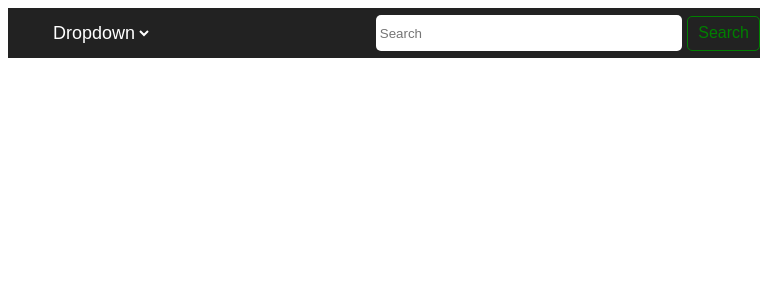
Repository: CryptoFamilyNFT/develhope
Page: css/navbar/navbar.html
The author's editor kept a copy of each file at every save. The page is drawn from the files as they stood at one save, then again after the next save.
The browser window is 768 px wide. The pictures show the whole page.

Above is the page before, as saved 2024-11-18 10:40:53.

### css/navbar/navbar.html
<!DOCTYPE html>
<html lang="en">

<head>
    <meta charset="UTF-8">
    <meta name="viewport" content="width=device-width, initial-scale=1.0">
    <title>Esercizio Navbar</title>
    <link rel="stylesheet" href="navbar.css">
</head>

<body>
    <header>
        <nav>
            <div class="GridBar">
                <div class="LogoText">
                    <button class="LogoButton">
                        Navbar
                    </button>
                </div>
                <div class="BarSideLeft">
                    <ul>
                        <li>
                            <button class="NavButton">
                                Home
                            </button>
                        </li>
                        <li>
                            <button class="NavButton">
                                Navbar
                            </button>
                        </li>
                        <li>
                            <select>
                                <option value="Dropdown">
                                    <div class="text">Dropdown</div>
                                </option>
                                <hr />
                                <option value="FAQ">FAQ</option>
                                <option value="T&C">T&C</option>
                            </select>
                        </li>
                        <li>
                            <button disabled class="NavButtonDisabled">
                                Disabled
                            </button>
                        </li>
                    </ul>
                </div>
                <div class="RightSideBar">
                    <input placeholder="Search">
                    <button class="buttonSearch">
                        Search
                    </button>
                </div>
            </div>
        </nav>
    </header>
    <main>
        <!-- Contento main -->
    </main>
    <footer>
        <!-- Contento footer -->
    </footer>
</body>

</html>

### css/navbar/navbar.css
nav {
    background-color: #222;
    display: flex;
    flex-direction: row;
    height: 50px;
    width: 100%;
}

ul {
    list-style-type: none;
    display: flex;
    flex-direction: row;
    padding-inline-start: 10px;
    gap: 10px;
}

.BarSideLeft {
    padding-left: 10px;
}

select {
    background-color: transparent;
    font-size: 18px;
    font-size: large;
    color: white;
    border-color: transparent;
}

select:hover {
    background-color: rgb(239, 234, 234);
    color: black;
    border-radius: 2px;
}

li {
    height: auto;
}

input {
    height: 60%;
    border: 2px solid transparent;
    border-radius: 5px;
    min-width: 50%;
    @media (max-width: 780px) {
        width: auto;
    }
}

.buttonSearch {
    padding: 5px 10px;
    height: 70%;
    background-color: transparent;
    border: 1px solid green;
    font-size: medium;
    border-radius: 5px;
    color: green
}

.GridBar {
    display: flex;
    flex-direction: row;
    grid-row: 1;
    align-items: center;
    width: 100%;
    height: 100%;
}

.RightSideBar {
    width: 100%;
    height: 100%;
    display: flex;
    flex-direction: row;
    justify-content: flex-end;
    padding-right: 10px;
    align-items: center;
    gap: 5px;
}

.LogoText {
    padding-inline-start: 10px;
}

.NavButton {
    height: auto;
    background-color: transparent;
    border: 1px solid transparent;
    font-size: large;
    color: whitesmoke;
}

.NavButton:hover {
    background-color: rgb(239, 234, 234);
    color: black;
    border-radius: 2px;
}

.LogoButton {
    height: auto;
    background-color: transparent;
    border: 1px solid transparent;
    font-size: 25px;
    color: whitesmoke;
}

.LogoButton:hover {
    background-color: rgb(239, 234, 234);
    color: black;
    border-radius: 2px;
}

.NavButtonDisabled {
    height: auto;
    background-color: transparent;
    border: 1px solid transparent;
    font-size: large;
    color: gray;
}

@media (max-width: 780px) {
    .NavButton {
        display: none;
    }
    .LogoText {
        display: none;
    }
    .LogoButton {
        display: none;
    }
    .RightSideBar {
        padding-right: 0px;
    }
    .NavButtonDisabled{
        display: none;
    }
    .BarSideLeft
}

After the next save:
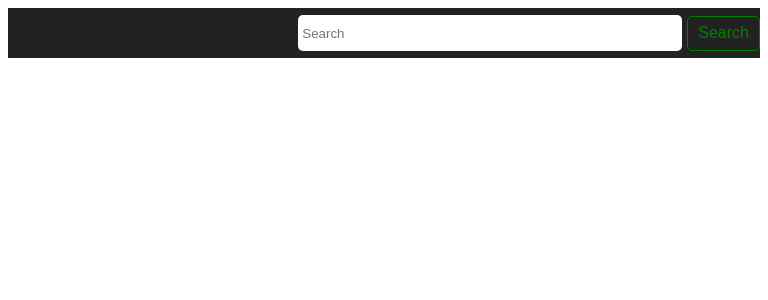
Saved 10 s later.
--- a/css/navbar/navbar.css
+++ b/css/navbar/navbar.css
@@ -41,6 +41,7 @@ input {
     border: 2px solid transparent;
     border-radius: 5px;
     min-width: 50%;
+
     @media (max-width: 780px) {
         width: auto;
     }
@@ -120,17 +121,24 @@ input {
     .NavButton {
         display: none;
     }
+
     .LogoText {
         display: none;
     }
+
     .LogoButton {
         display: none;
     }
+
     .RightSideBar {
         padding-right: 0px;
     }
-    .NavButtonDisabled{
+
+    .NavButtonDisabled {
         display: none;
     }
-    .BarSideLeft
+
+    .BarSideLeft {
+        display: none;
+    }
 }
